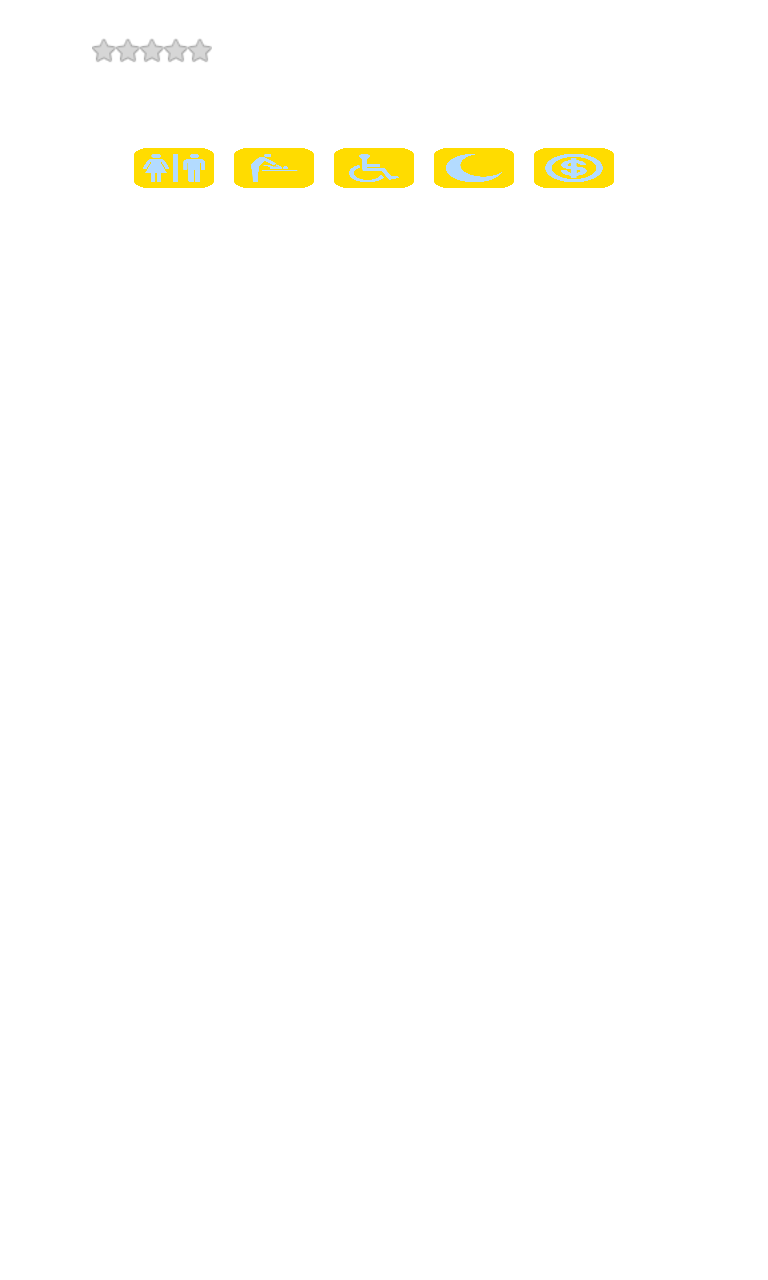
Repository: asocha/toilettalk
Layout: Android/workspace/ToiletTalk/res/layout/google_maps_marker.xml
An editor plug-in stored every save of this project. The layout is shown before and after the next save, followed by the edit.
It is drawn on a 768 x 1280 px phone screen (xhdpi) without system bars, with theme AppTheme; the app's code is not run.

Above is the layout before, as saved 2013-04-28 21:22:04.

### Android/workspace/ToiletTalk/res/layout/google_maps_marker.xml
<?xml version="1.0" encoding="utf-8"?>
<RelativeLayout xmlns:android="http://schemas.android.com/apk/res/android"
	android:layout_width="wrap_content"
	android:layout_height="wrap_content"
	android:orientation="horizontal">

	<ImageView
		android:id="@+id/marker_image"
		android:layout_width="40dp"
		android:layout_height="40dp"
		android:contentDescription="@string/restroom_image"/>

	<LinearLayout
	    android:id="@+id/marker_content"
		android:layout_width="wrap_content"
		android:layout_height="wrap_content"
		android:layout_toRightOf="@id/marker_image"
		android:paddingLeft="6dp"
		android:orientation="vertical">

		<TextView
			android:id="@+id/marker_title"
			android:layout_width="wrap_content"
			android:layout_height="wrap_content"
			android:textAppearance="?android:attr/textAppearanceSmall"/>

		<RatingBar
		    android:id="@+id/marking_rating"
		    android:layout_width="wrap_content"
		    android:layout_height="wrap_content"
		    style="?android:attr/ratingBarStyleSmall" />
	</LinearLayout>

	<TextView
		android:id="@+id/marker_address"
		android:layout_width="wrap_content"
		android:layout_height="wrap_content"
		android:layout_below="@id/marker_image"
		android:textAppearance="?android:attr/textAppearanceSmall"/>

	<LinearLayout
        android:id="@+id/view_icons"
        android:layout_width="wrap_content"
        android:layout_marginTop="15dp"
        android:layout_height="20dp"
        android:layout_below="@+id/marker_address"
        android:layout_centerHorizontal="true" >

        <ToggleButton
            android:id="@+id/button_unisex"
            android:layout_marginRight="10dp"
            android:layout_width="40dp"
            android:layout_height="fill_parent"
            android:background="@drawable/button_unisex"
            android:textOn=""
            android:textOff="" />

        <ToggleButton
            android:id="@+id/button_babystation"
            android:layout_marginRight="10dp"
            android:layout_width="40dp"
            android:layout_height="fill_parent"
            android:background="@drawable/button_baby_station"
            android:textOn=""
            android:textOff="" />

        <ToggleButton
            android:id="@+id/button_handicap"
            android:layout_marginRight="10dp"
            android:layout_width="40dp"
            android:layout_height="fill_parent"
            android:background="@drawable/button_handicap"
            android:textOn=""
            android:textOff="" />

        <ToggleButton
            android:id="@+id/button_24hours"
            android:layout_marginRight="10dp"
            android:layout_width="40dp"
            android:layout_height="fill_parent"
            android:background="@drawable/button_24hours"
            android:textOn=""
            android:textOff="" />

        <ToggleButton
            android:id="@+id/button_money"
            android:layout_marginRight="10dp"
            android:layout_width="40dp"
            android:layout_height="fill_parent"
            android:background="@drawable/button_money"
            android:textOn=""
            android:textOff="" />
    </LinearLayout>


</RelativeLayout>

### Android/workspace/ToiletTalk/res/values/styles.xml
<resources xmlns:android="http://schemas.android.com/apk/res/android">

    <!--
        Base application theme, dependent on API level. This theme is replaced
        by AppBaseTheme from res/values-vXX/styles.xml on newer devices.
    -->
    <style name="AppBaseTheme" parent="android:Theme.Light">
        <!--
            Theme customizations available in newer API levels can go in
            res/values-vXX/styles.xml, while customizations related to
            backward-compatibility can go here.
        -->
    </style>

    <!-- Application theme. -->
    <style name="AppTheme" parent="android:Theme.Light.NoTitleBar">
        <!-- All customizations that are NOT specific to a particular API-level can go here. -->
    </style>

   	<style name="Theme.Main" parent="android:Theme.Holo.Light">
   	    <item name="android:windowContentOverlay">@null</item>
	</style>

   	<style name="EditText.InputStyle" parent="android:Widget.EditText">
   	   	<item name="android:ems">10</item>
   	   	<item name="android:layout_marginBottom">@dimen/margin_textinputs</item>
   	   	<item name="android:layout_marginTop">@dimen/margin_textinputs</item>
   	</style>

   	<style name="customRatingBar" parent="@android:style/Widget.RatingBar">
        <item name="android:progressDrawable">@drawable/custom_rating_bar_full</item>
        <item name="android:minHeight">1dp</item>
        <item name="android:maxHeight">1dp</item>
    </style>

</resources>

### Android/workspace/ToiletTalk/res/values/strings.xml
<?xml version="1.0" encoding="utf-8"?>
<resources>

    <string name="app_name">ToiletTalk</string>
    <string name="action_settings">Settings</string>
    <string name="hello_world">Hello world!</string>
    <string name="register">Register</string>
    <string name="login">Login</string>
    <string name="continue_guest">Continue as guest</string>
	<string name="uname_hint">Username</string>
	<string name="pass_hint">Password</string>
	<string name="email">Email Address</string>
	<string name="gender">Gender</string>
	<string name="reg_submit">Sign me up!</string>
	<string name="logo_description">Toilet Talk</string>
	<string name="error_login">Invalid username/password combination</string>
	<string name="error_reg">Registration Failed. Please check imput.</string>
	<string name="error_generic">Submittion failed due to network error.</string>
	<string name="error_continue">Return</string>
	<string name="first_name">First Name</string>
	<string name="last_name">Last Name</string>
	<string name="button_reset_map">Reset Map</string>
	<string name="button_text_compose_review">Compose</string>
	<string name="button_menu">Menu</string>
	<string name="button_review">Submit</string>
	<string name="location_name">Location Name</string>
	<string name="restroom_image">Restroom Image</string>
	<string name="image_instructions">Tap on the above thumbnail to attach a new image</string>
	<string name="expand">Expand</string>
</resources>

### Android/workspace/ToiletTalk/res/drawable/button_unisex.xml
<?xml version="1.0" encoding="utf-8"?>
<selector xmlns:android="http://schemas.android.com/apk/res/android">
    <item android:drawable="@drawable/icon_unisex_selected" android:state_checked="true" android:state_pressed="true"/>
    <item android:drawable="@drawable/icon_unisex_selected" android:state_pressed="true"/>
    <item android:drawable="@drawable/icon_unisex_selected" android:state_checked="true" />
    <item android:drawable="@drawable/icon_unisex_unselected"/>
</selector>

### Android/workspace/ToiletTalk/res/drawable/button_baby_station.xml
<?xml version="1.0" encoding="utf-8"?>
<selector xmlns:android="http://schemas.android.com/apk/res/android">
    <item android:drawable="@drawable/icon_baby_station_selected" android:state_checked="true" android:state_pressed="true"/>
    <item android:drawable="@drawable/icon_baby_station_selected" android:state_pressed="true"/>
    <item android:drawable="@drawable/icon_baby_station_selected" android:state_checked="true" />
    <item android:drawable="@drawable/icon_baby_station_unselected"/>
</selector>

### Android/workspace/ToiletTalk/res/drawable/button_handicap.xml
<?xml version="1.0" encoding="utf-8"?>
<selector xmlns:android="http://schemas.android.com/apk/res/android">
    <item android:drawable="@drawable/icon_handicap_selected" android:state_checked="true" android:state_pressed="true"/>
    <item android:drawable="@drawable/icon_handicap_selected" android:state_pressed="true"/>
    <item android:drawable="@drawable/icon_handicap_selected" android:state_checked="true" />
    <item android:drawable="@drawable/icon_handicap_unselected"/>
</selector>

### Android/workspace/ToiletTalk/res/drawable/button_24hours.xml
<?xml version="1.0" encoding="utf-8"?>
<selector xmlns:android="http://schemas.android.com/apk/res/android">
    <item android:drawable="@drawable/icon_24hours_selected" android:state_checked="true" android:state_pressed="true"/>
    <item android:drawable="@drawable/icon_24hours_selected" android:state_pressed="true"/>
    <item android:drawable="@drawable/icon_24hours_selected" android:state_checked="true" />
    <item android:drawable="@drawable/icon_24hours_unselected"/>
</selector>

### Android/workspace/ToiletTalk/res/drawable/button_money.xml
<?xml version="1.0" encoding="utf-8"?>
<selector xmlns:android="http://schemas.android.com/apk/res/android">
    <item android:drawable="@drawable/icon_money_selected" android:state_checked="true" android:state_pressed="true"/>
    <item android:drawable="@drawable/icon_money_selected" android:state_pressed="true"/>
    <item android:drawable="@drawable/icon_money_selected" android:state_checked="true" />
    <item android:drawable="@drawable/icon_money_unselected"/>
</selector>

After the next save:
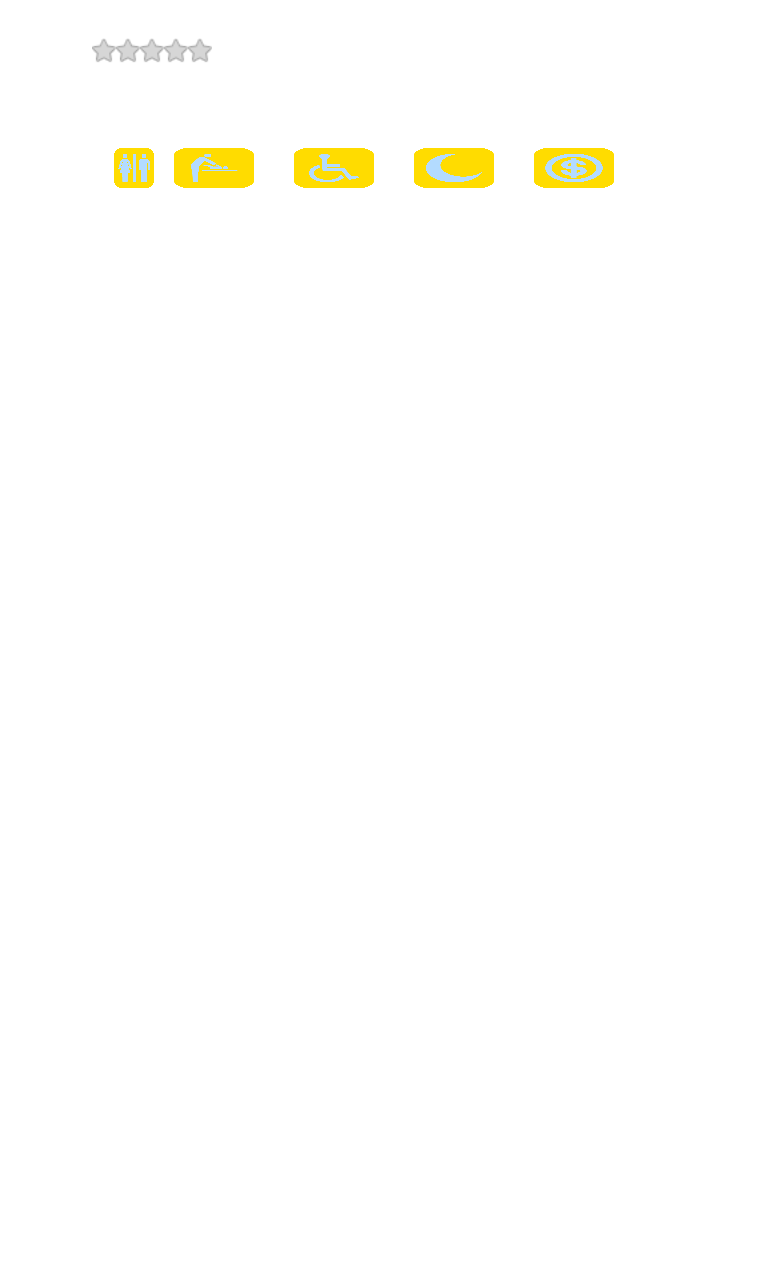
Saved 25 s later.
--- a/Android/workspace/ToiletTalk/res/layout/google_maps_marker.xml
+++ b/Android/workspace/ToiletTalk/res/layout/google_maps_marker.xml
@@ -49,7 +49,7 @@
         <ToggleButton
             android:id="@+id/button_unisex"
             android:layout_marginRight="10dp"
-            android:layout_width="40dp"
+            android:layout_width="20dp"
             android:layout_height="fill_parent"
             android:background="@drawable/button_unisex"
             android:textOn=""
@@ -57,7 +57,7 @@
 
         <ToggleButton
             android:id="@+id/button_babystation"
-            android:layout_marginRight="10dp"
+            android:layout_marginRight="20dp"
             android:layout_width="40dp"
             android:layout_height="fill_parent"
             android:background="@drawable/button_baby_station"
@@ -66,7 +66,7 @@
 
         <ToggleButton
             android:id="@+id/button_handicap"
-            android:layout_marginRight="10dp"
+            android:layout_marginRight="20dp"
             android:layout_width="40dp"
             android:layout_height="fill_parent"
             android:background="@drawable/button_handicap"
@@ -75,7 +75,7 @@
 
         <ToggleButton
             android:id="@+id/button_24hours"
-            android:layout_marginRight="10dp"
+            android:layout_marginRight="20dp"
             android:layout_width="40dp"
             android:layout_height="fill_parent"
             android:background="@drawable/button_24hours"
@@ -84,7 +84,7 @@
 
         <ToggleButton
             android:id="@+id/button_money"
-            android:layout_marginRight="10dp"
+            android:layout_marginRight="20dp"
             android:layout_width="40dp"
             android:layout_height="fill_parent"
             android:background="@drawable/button_money"
